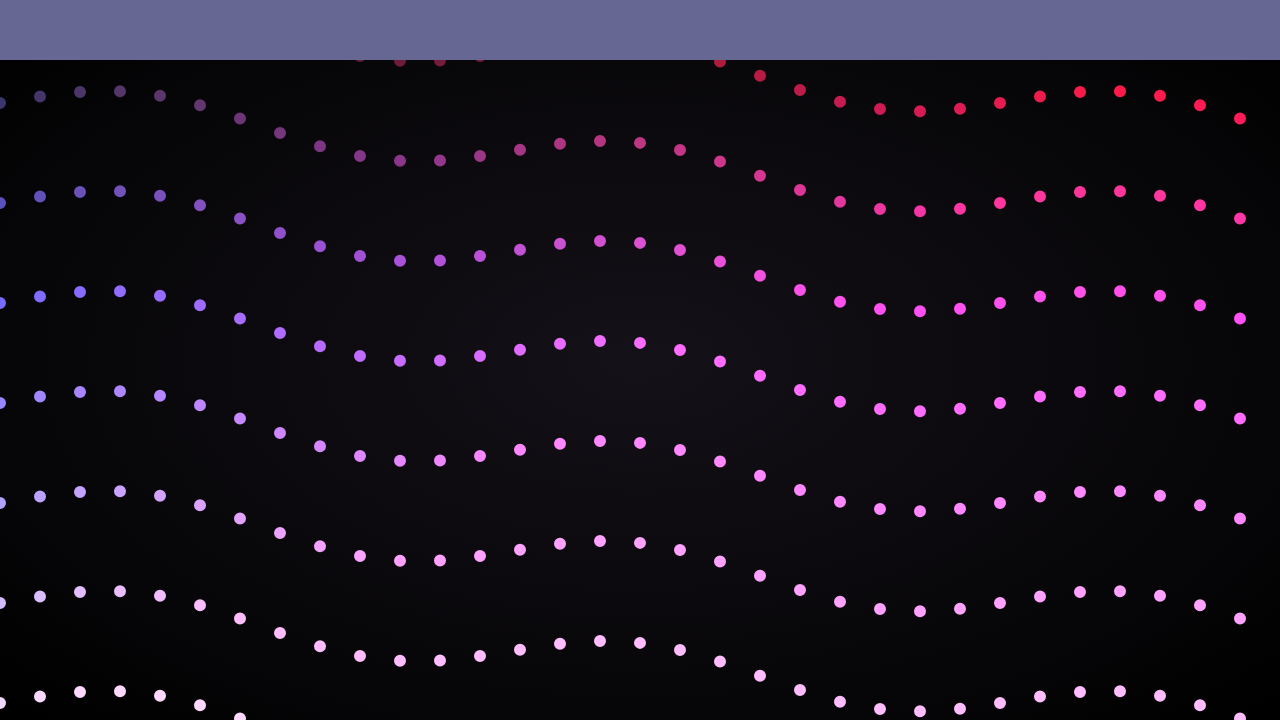
Repository: Iban-del/ProjetBacIban
Page: index.html
An editor plug-in stored every save of this project. The page is shown before and after the next save, followed by the edit.
The browser window is 1280 px wide. The pictures show the whole page.

Above is the page before, as saved 2025-02-19 19:54:30.

After the next save:
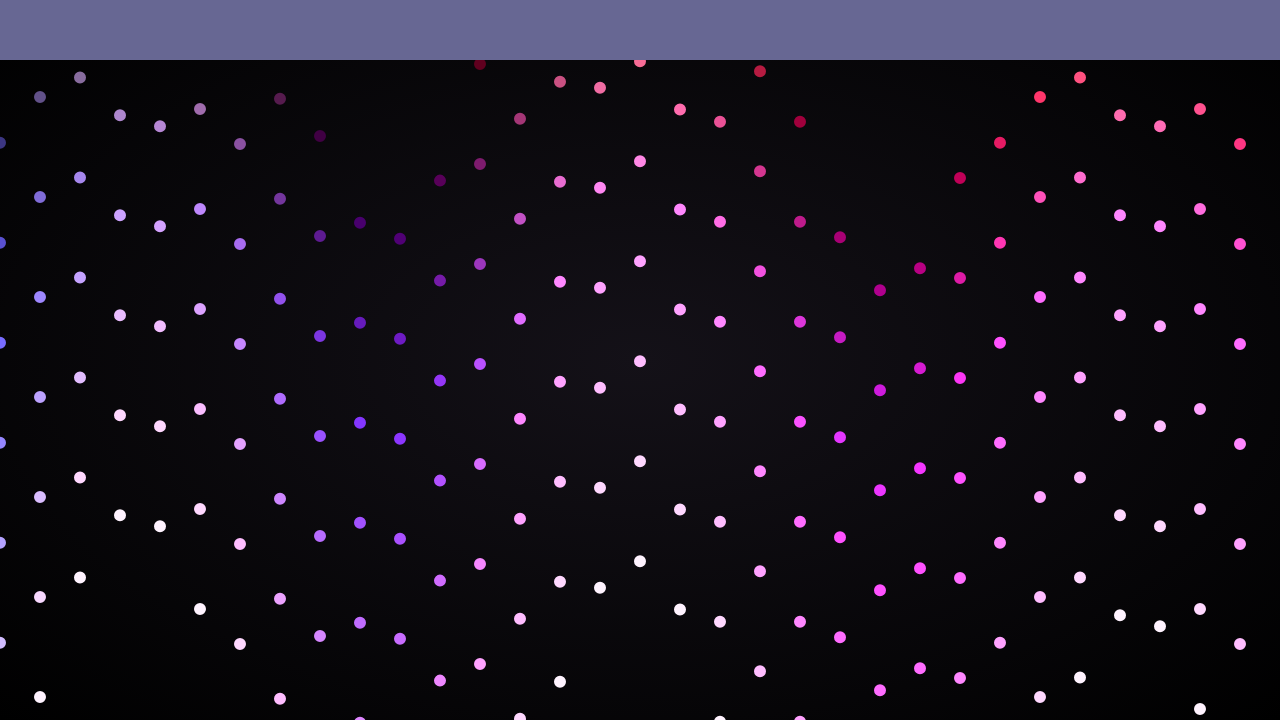
Saved 14 s later.
--- a/js/background.js
+++ b/js/background.js
@@ -85,13 +85,13 @@
         }
 
 
-        if(A >150){
+        // if(A >150){
 
-            steep =-1;
+        //     steep =-1;
 
-        }else if(A < 10){
-            steep = 1;
-        }
+        // }else if(A < 10){
+        //     steep = 1;
+        // }
         A+= steep;
         // Demander la prochaine frame
         requestAnimationFrame(() => drawVague(ctx, canvas, A, steep));

After the save that followed:
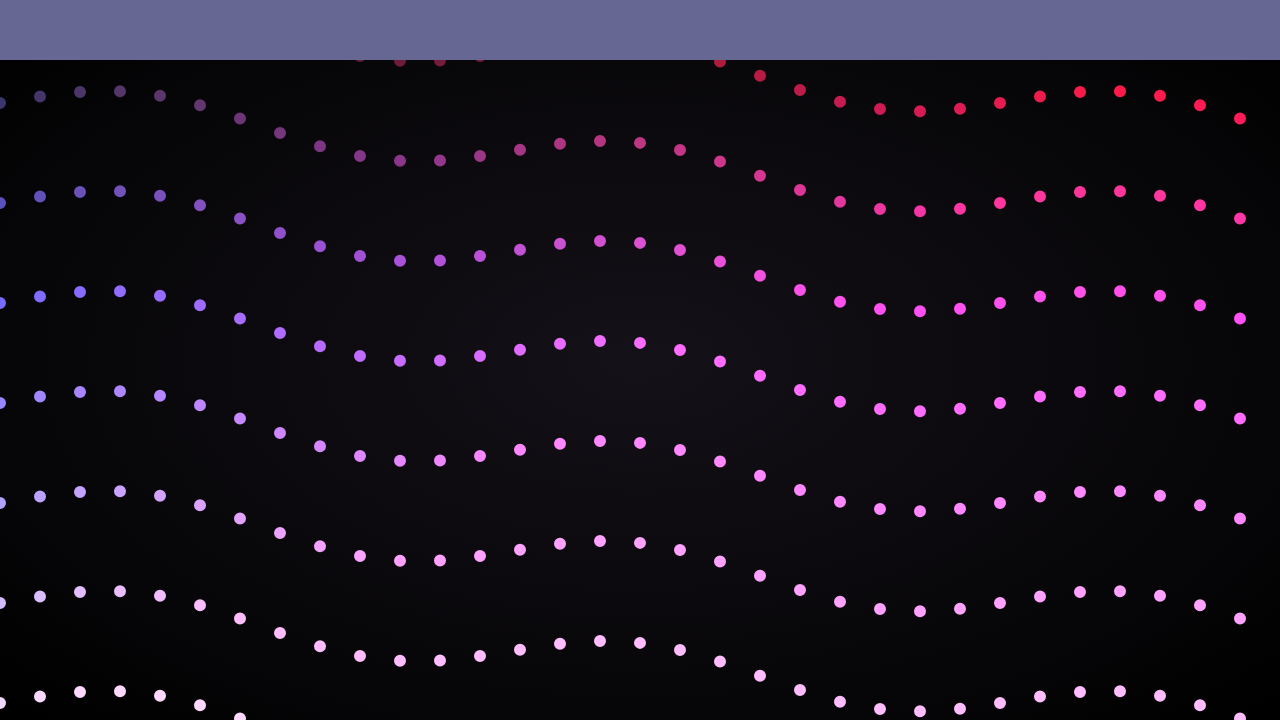
Saved 8 s later.
--- a/js/background.js
+++ b/js/background.js
@@ -85,13 +85,13 @@
         }
 
 
-        // if(A >150){
+        if(A >150){
 
-        //     steep =-1;
+            steep =-1;
 
-        // }else if(A < 10){
-        //     steep = 1;
-        // }
+        }else if(A < 10){
+            steep = 1;
+        }
         A+= steep;
         // Demander la prochaine frame
         requestAnimationFrame(() => drawVague(ctx, canvas, A, steep));
